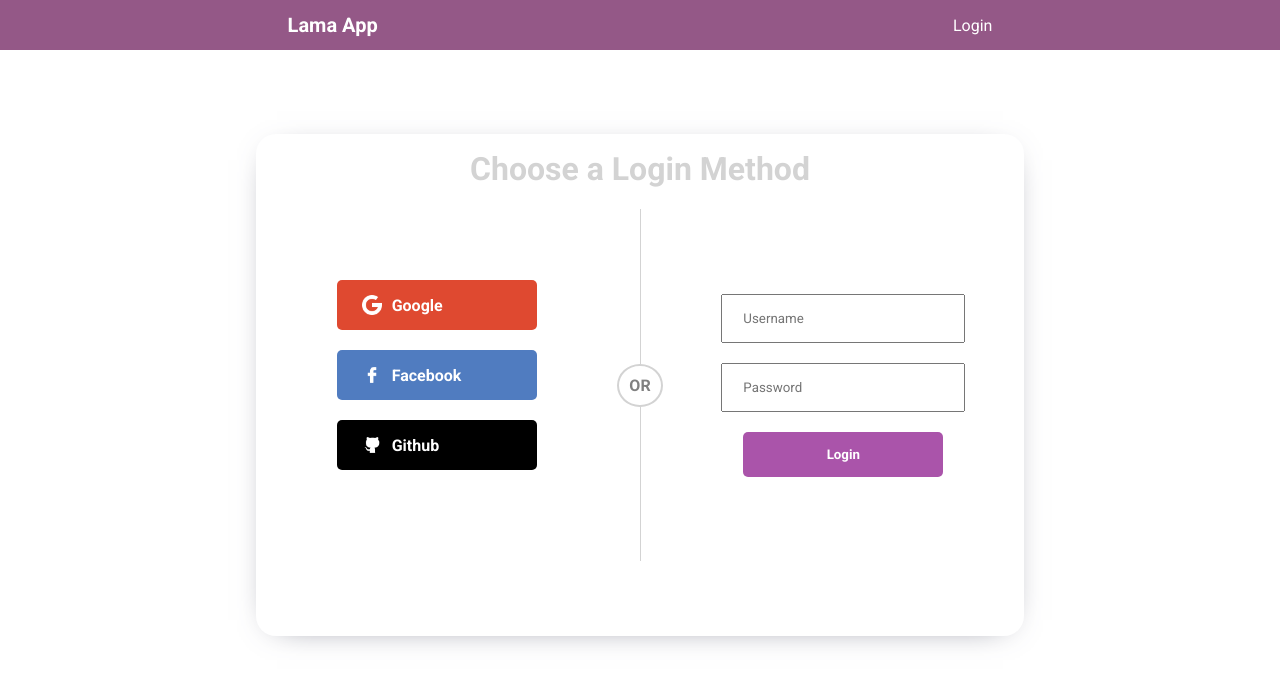
Repository: fdhhhdjd/Authentication-Google-FB-GitHub
Page: /login (app in client/)
An editor plug-in stored every save of this project. The page is shown before and after the next save, followed by the edit.
The browser window is 1280 px wide. The pictures show the whole page.
The page's requests for data from a server got no answer. The project was rebuilt for these pictures with package versions that can differ from the ones it lists, and the page was loaded fresh each time. No one was signed in, and anything a server would have sent is missing. Also part of the build but not shown: client/src/Components/Card.js, client/src/Utils/Data.js, client/src/Pages/Home.js, client/src/Pages/Post.js.

Above is the page before, as saved 2021-12-28 10:46:47.

After the next save:
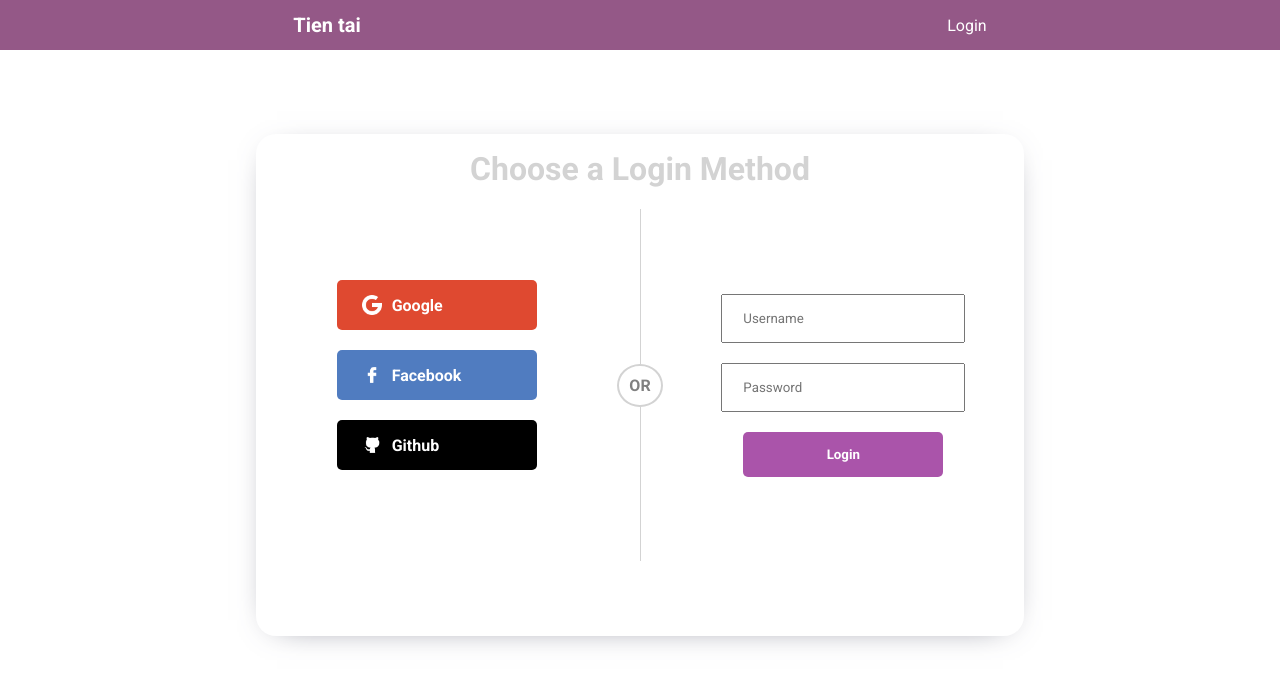
Saved 28 s later.
--- a/client/src/Components/Navbar.js
+++ b/client/src/Components/Navbar.js
@@ -10,7 +10,7 @@ const Navbar = ({ user }) => {
       <div className="navbar">
         <span className="logo">
           <Link className="link" to="/">
-            Lama App
+            Tien tai
           </Link>
         </span>
         {user ? (
